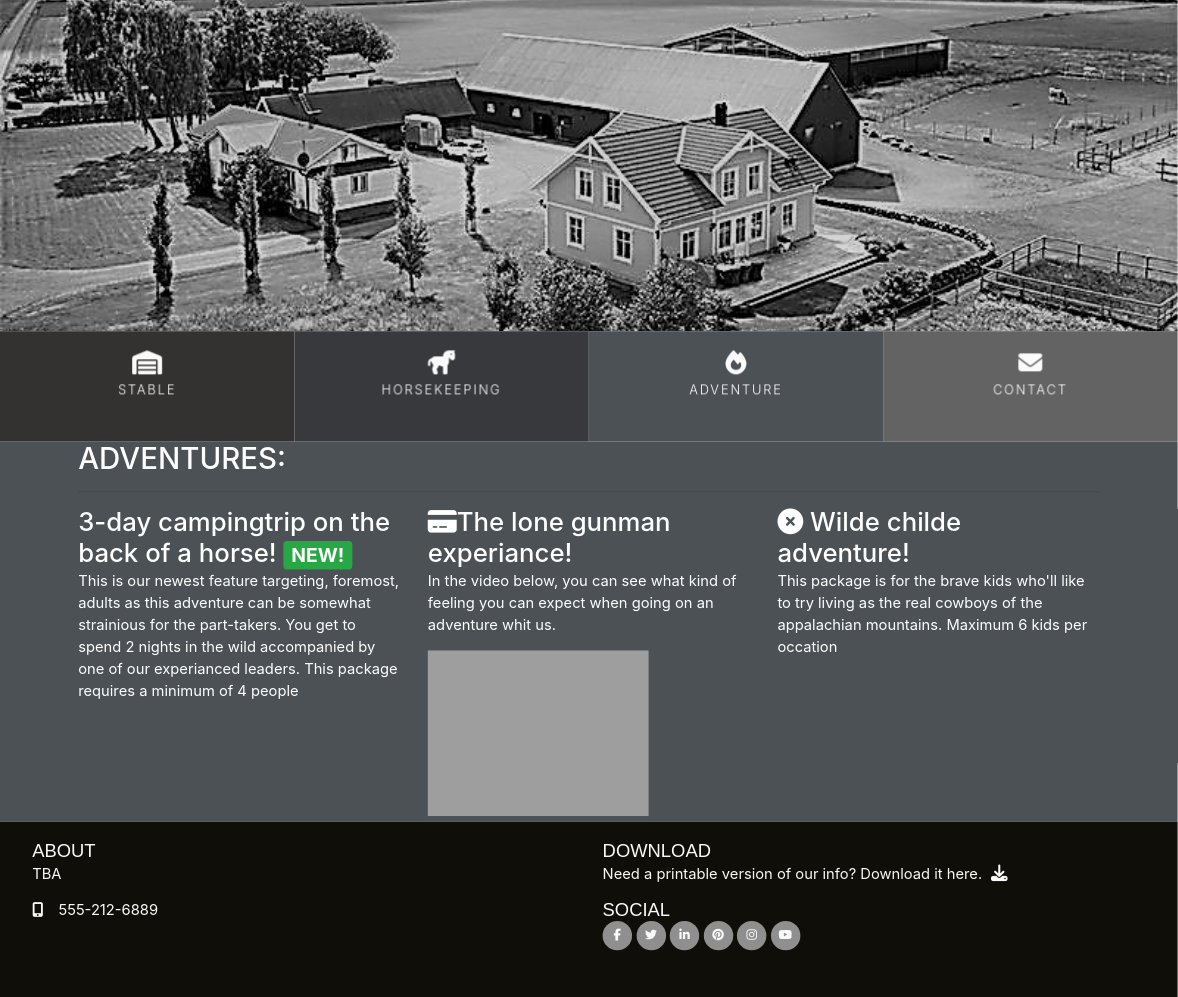
Repository: Jadehammar/frontendmilestone
Page: adventure.html
The author's editor kept a record of every edit. The page is drawn from the files as they stood at one moment, then again after the next edit.
The browser window is 1280 px wide. The pictures show the whole page, at 92% of full size.
Pictures or frames that could not be fetched are drawn as grey boxes. Backgrounds fixed to the window are drawn as part of the page. Some web libraries are served in a nearby version.

Above is the page before.

### adventure.html
<!DOCTYPE html>
<html lang="en">

<head>
    <meta charset="UTF-8">
    <meta name="viewport" content="width=device-width, initial-scale=1.0">
    <meta http-equiv="X-UA-Compatible" content="ie=edge">
    <link rel="stylesheet" href="https://stackpath.bootstrapcdn.com/font-awesome/4.7.0/css/font-awesome.min.css" type="text/css" />
    <link rel="stylesheet" href="https://cdnjs.cloudflare.com/ajax/libs/hover.css/2.3.1/css/hover-min.css" type="text/css" />
    <link rel="stylesheet" href="https://stackpath.bootstrapcdn.com/bootstrap/4.3.1/css/bootstrap.min.css" type="text/css" />
    <link rel="stylesheet" href="assets/css/style.css" type="text/css" />
    <title>Ridingschool, Adventure</title>
</head>

<body>
    <header>
        <div class="row no-gutters">
            <a href="adventure.html" class="col-12 logo"></a>
            <div class="col-md-12">
                <div class="row no-gutters">
                    <div class="col">
                        <ul id="nav" class="list-inline menucontainer">
                            <li class="col-6 col-sm-3 ui-menue-color-home list-inline-item menueitem">
                                <a href="stable.html" class="hvr-bounce-to-bottom"><i class="fa fa-warehouse" aria-hidden="true"></i><span>Stable</span></a>
                            </li>
                            <li class="col-6 col-sm-3 ui-menue-color-resume list-inline-item menueitem">
                                <a href="horsekeeping.html" class="hvr-bounce-to-bottom"><i class="fa fa-horse" aria-hidden="true"></i><span>Horsekeeping</span></a>
                            </li>
                            <li class="col-6 col-sm-3 ui-menue-color-contact list-inline-item menueitem">
                                <a href="adventure.html" class="hvr-bounce-to-bottom"><i class="fa fa-fire" aria-hidden="true"></i><span>Adventure</span></a>
                            </li>
                            <li class="col-6 col-sm-3 ui-menue-color-download list-inline-item menueitem">
                                <a href="contact.html" class="hvr-bounce-to-bottom"><i class="fa fa-envelope" aria-hidden="true"></i><span>contact</span></a>
                            </li>

                        </ul>
                    </div>
                </div>
            </div>
        </div>
    </header>
    <div class="container-wrapper container-wrapper--red">
        <div class="container features-container content-container">
            <section class="features">
                <div class="row">
                    <div class="col-12 page-header">
                        <h2 class="text-uppercase">Adventures:</h2>
                        <hr class="block-divider block-divider--short block-divider--white">
                    </div>
                </div>
                <div class="row">
                    <div class="col-12 col-md-6 col-lg-4">
                        <div class="feature">
                            <h3><i class="fas fa-gift d-none d-none-inline"></i>3-day campingtrip on the back of a horse! <span class="badge badge-success">NEW!</span></h3>
                            <p>This is our newest feature targeting, foremost, adults as this adventure can be somewhat strainious for the part-takers.
                            You get to spend 2 nights in the wild accompanied by one of our experianced leaders.
                            This package requires a minimum of 4 people</p>
                        </div>
                    </div>
                    <div class="col-12 col-md-6 col-lg-4">
                        <div class="feature">
                            <h3><i class="fas fa-credit-card d-none d-sm-inline"></i>The lone gunman experiance!</h3>
                            <p>In the video below, you can see what kind of feeling you can expect when going on an adventure whit us.</p>
                            <iframe width="240" height="180" src="https://www.youtube.com/embed/er0UOip1uV8" frameborder="0" allow="accelerometer; autoplay; encrypted-media; gyroscope; picture-in-picture" allowfullscreen></iframe>
                        </div>
                    </div>
                    <div class="col-12 d-md-none d-lg-block col-lg-4">
                        <div class="feature">
                            <h3><i class="fas fa-times-circle d-none d-sm-inline"></i> Wilde childe adventure!</h3>
                            <p>This package is for the brave kids who'll like to try living as the real cowboys of the appalachian mountains.
                            Maximum 6 kids per occation</p>
                        </div>
                    </div>
                </div>
            </section>
        </div>
    </div>
    <footer class="container-fluid">
        <div id="footer-details" class="row">
            <div class="col-sm-6">
                <h5 class="uppercase general-sub">About</h5>
                <p class="inline-block">
                    TBA
                </p>
            </div>
            <div class="col-sm-6">
                <h5 class="uppercase general-sub">Download</h5>
                <p class="inline-block">
                    Need a printable version of our info? Download it here.
                    <a href="assets/CV/CV.pdf" taraget="_blank" class="cv-pdf">
                        <i class="fa fa-download" aria-hidden="true"></i>
                        <span class="sr-only">Download link.</span>
                    </a>
                </p>
            </div>
            <div class="col-sm-6">
                <i class="fa fa-mobile" aria-hidden="true" style="padding-right: 12px;"></i>
                <p class="inline-block"> 555-212-6889
                    <span class="sr-only">Phone.</span>
                    </a>
                </p>
            </div>
            <div class="col-sm-4">
                <h5 class="uppercase general-sub">social</h5>
                <ul class="list-inline social-links">
                    <li class="list-inline-item">
                        <a target="_blank" href="#">
                            <i class="fab fa-facebook-f" aria-hidden="true"></i>
                            <span class="sr-only">Facebook</span>
                        </a>
                    </li>
                    <li class="list-inline-item">
                        <a target="_blank" href="#">
                            <i class="fab fa-twitter" aria-hidden="true"></i>
                            <span class="sr-only">Twitter</span>
                        </a>
                    </li>
                    <li class="list-inline-item">
                        <a target="_blank" href="#">
                            <i class="fab fa-linkedin-in" aria-hidden="true"></i>
                            <span class="sr-only">LinkedIn</span>
                        </a>
                    </li>
                    <li class="list-inline-item">
                        <a target="_blank" href="#">
                            <i class="fab fa-pinterest" aria-hidden="true"></i>
                            <span class="sr-only">Pinterest</span>
                        </a>
                    </li>
                    <li class="list-inline-item">
                        <a target="_blank" href="#">
                            <i class="fab fa-instagram" aria-hidden="true"></i>
                            <span class="sr-only">Instagram</span>
                        </a>
                    </li>
                    <li class="list-inline-item">
                        <a target="_blank" href="#">
                            <i class="fab fa-youtube" aria-hidden="true"></i>
                            <span class="sr-only">YouTube</span>
                        </a>
                    </li>
                </ul>
            </div>
        </div>
    </footer>
    <script src="https://kit.fontawesome.com/d636ceede3.js"></script>
</body>

</html>

### assets/css/style.css
@import url('https://fonts.googleapis.com/css?family=Roboto:100,200,300,400,500,600,700│exo:100,200,300,400,500,600,700');

/*---------------------------------------------color-------------------------------------*/

.container-wrapper--red {
    background-color: #4b5154;
    color: white;
}

.feature {
    color: #fff;
}

.bg-color-name-title {
    background-color: #676767;
}

.bg-color-three-reasons {
    background-color: #333230;
    color: #fff;
    font-weight: 100;
}

.bg-color-personal-info {
    background-color: #f4f4f4;
}

.ui-menue-color-home {
    background-color: #333230;

}

.ui-menue-color-resume {
    background-color: #38393c;

}

.ui-menue-color-contact {
    background-color: #4b5154;

}

.ui-menue-color-download {
    background-color: #4e4e4ee0;

}

.bg-color-work-history {
    background-color: #646464;
}

.bg-color-contact {
    background-color: #646464;

}

/*---------------------------------------------Special padding/margins/text-------------------------------------*/

h1,
h2,
h3,
h4,
h5 {
    margin: 0;
}

.uppercase {
    text-transform: uppercase;
    color: #fff;
}

.general-sub {
    font-family: "Exo", sans-serif;
    font-weight: 200;
    color: #fafafa;
}

.inline-block {
    display: inline-block;
}

.row-table {
    display: table;
}

.section-column {
    display: table-cell;
    padding: 0 30px 30px;
    float: none;
}

.history-heading,
.section-heading {
    font-family: "Exo", sans-serif;
    font-weight: 200;
    margin-bottom: 40px;
    margin-top: 25px;
}

/*---------------------------------------------Heading-------------------------------------*/

header {
    margin: 0;
}

.heading {
    margin-left: 50px;

}

.logo-stable {
    background:  url("../images/gård på avstånd.jpg")
}

.logo {
    background: url("../images/Varberg-intro-800x418_bw.jpg.jpg") no-repeat bottom right fixed;
    background-position: center;
    background-repeat: no-repeat;
    background-size: cover;
    min-height: 360px;
    transition: all .75s ease-in-out;
    -moz-transition: all .75s ease-in-out;
    -webkit-transition: all .75s ease-in-out;
    -o-transition: all .75s ease-in-out;
}

.name {
    font-family: "Exo" sans-serif;
    font-weight: 100;
    font-size: 46px;
    margin-top: 50px;
    color: #fff;
}

.title {
    font-family: "Roboto" sans-serif;
    font-weight: 200;
    font-size: 28px;
    margin-top: 20px;
    margin-bottom: 90px;
    color: #fff;
}

.list-inline-item:not(:last-child) {
    margin: 0;
}

.menucontainer {
    font-size: 0;
}

#nav li {
    font-size: 14px;
    padding: 0;
}

#nav {
    margin: 0;
}

.menueitem {
    height: 120px;
    text-align: center;
    padding: 0;
}

.menueitem a {
    width: 100%;
    text-decoration: none;
    color: #fff;
    height: 120px;
}

.menueitem a i {
    padding-top: 22px;
    display: block;
    color: #fafafa;
    font-size: 26px;
}

.menueitem span {
    display: block;
    width: 100%;
    padding-top: 5px;
    text-align: center;
    text-transform: uppercase;
    font-size: 14px;
    font-weight: 300;
    letter-spacing: 2px;
}


/*---------------------------------------------Hover.css-------------------------------------*/

.hvr-bounce-to-bottom:before {
    background: rgba(0, 0, 0, 0.2);
    height: 120px;
}

/*---------------------------------------------Footer-------------------------------------*/

footer {
    background-color: #100e08;
    color: #fafafa;
    min-height: 120px;
    margin: 0;
}

.cv-pdf i {
    font-size: 18px;
    color: #fafafa;
    text-align: center;
    padding-left: 5px;
    transition: all 0.35s ease-in-out;
    -moz-transition: all 0.35s ease-in-out;
    -webkit-transition: all 0.35s ease-in-out;
    -o-transition: all 0.35 ease-in-out;
}

.cv-pdf i:hover {
    color: #e84160;
    font-size: 19px;
}

.social-links {
    padding-bottom: 15px;
}


.social-links li a i {
    width: 32px;
    height: 32px;
    padding: 12px 0;
    border-radius: 50%;
    font-size: 13px;
    line-height: 7px;
    text-align: center;
    color: #fafafa;
    background: #8f8f8f;
    transition: all 0.35s ease-in-out;
    -moz-transition: all 0.35s ease-in-out;
    -webkit-transition: all 0.35s ease-in-out;
    -o-transition: all 0.35 ease-in-out;
}

.social-links li a i:hover {
    background: #e84610;
}

#footer-details {
    padding: 20px;
}

/*---------------------------------------------Three reasons-------------------------------------*/

.three-reasons-icon {
    font-size: 26px;
    color: #e67e22;
}

.three-reasons-heading {
    margin-bottom: 15px;
}

/*---------------------------------------------Personal info-------------------------------------*/

.personal-info-item {
    margin-bottom: 20px;
    display: block;
    clear: both;

}

.personal-info-item .key,
.personal-info-item .value {
    padding-right: 8px;
    display: inline-block;
}

.personal-info-item .key p,
.personal-info-item .value p {
    margin: 0;
}

.personal-info-item .key {
    width: 30%;
    margin-right: 21px;
    padding-top: 2px;
    vertical-align: top;

}

.personal-info-item .key p {
    font-weight: 700;
}

.personal-info-item .value {
    position: relative;
    width: 60%;

}

/*---------------------------------------------Contact-form-------------------------------------*/

.contact-heading {
    font-family: "Exo", sans-serif;
    font-weight: 300;
    margin-top: 25px;
    margin-bottom: 20px;
    color: #fff;
}

.center-form {
    padding-top: 10px;
    margin: 0 auto;
    max-width: 70%;
}

button [type="submit"] {
    margin: 20px 20px 20px 20px;
    background-color: #e84610;
}

.btn-secondary {
    margin: 20px;
    background-color: #363a3e;
    border-color: #6a6a6b;
}


/*---------------------------------------------Media-query-------------------------------------*/

@media(min-width: 992px) {
    .center-form {
        padding-top: 30px;
        min-height: 240;
        margin: 0 auto;
        max-width: 50%;
    }
}

After the next edit:
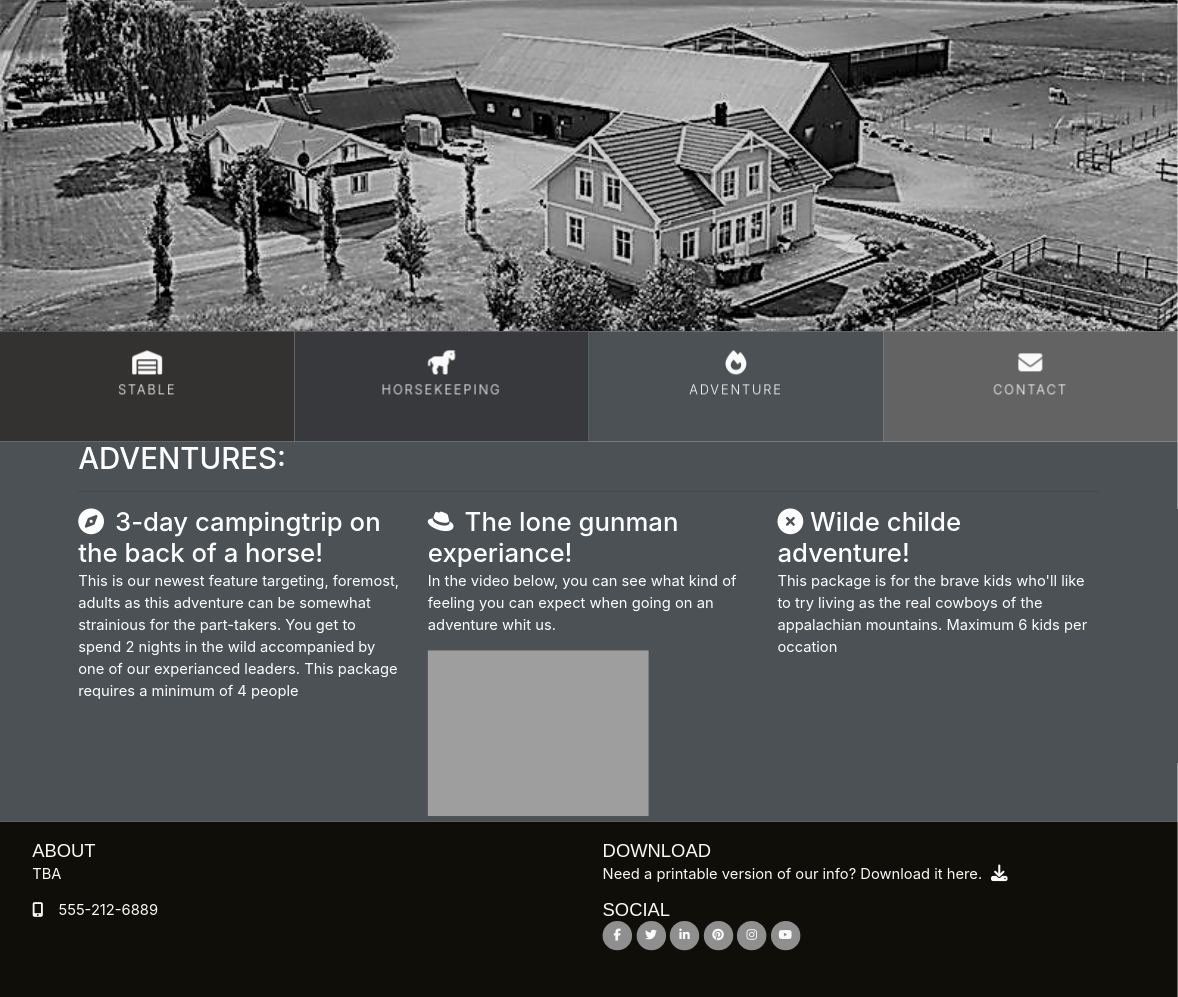
The edit:
--- a/adventure.html
+++ b/adventure.html
@@ -51,15 +51,16 @@
                 <div class="row">
                     <div class="col-12 col-md-6 col-lg-4">
                         <div class="feature">
-                            <h3><i class="fas fa-gift d-none d-none-inline"></i>3-day campingtrip on the back of a horse! <span class="badge badge-success">NEW!</span></h3>
-                            <p>This is our newest feature targeting, foremost, adults as this adventure can be somewhat strainious for the part-takers.
-                            You get to spend 2 nights in the wild accompanied by one of our experianced leaders.
-                            This package requires a minimum of 4 people</p>
+                            <h3><i class="fas fa-compass" style="padding-right: 12px;">
+                            </i>3-day campingtrip on the back of a horse!</h3>
+                            <p>This is our newest feature targeting, foremost, adults as this adventure can be somewhat strainious for the part-takers. You get to spend 2 nights in the wild accompanied by one of our experianced leaders. This package requires
+                                a minimum of 4 people</p>
                         </div>
                     </div>
                     <div class="col-12 col-md-6 col-lg-4">
                         <div class="feature">
-                            <h3><i class="fas fa-credit-card d-none d-sm-inline"></i>The lone gunman experiance!</h3>
+                            <h3><i class="fab fa-redhat" style="padding-right: 12px;">
+                            </i>The lone gunman experiance!</h3>
                             <p>In the video below, you can see what kind of feeling you can expect when going on an adventure whit us.</p>
                             <iframe width="240" height="180" src="https://www.youtube.com/embed/er0UOip1uV8" frameborder="0" allow="accelerometer; autoplay; encrypted-media; gyroscope; picture-in-picture" allowfullscreen></iframe>
                         </div>
@@ -67,8 +68,7 @@
                     <div class="col-12 d-md-none d-lg-block col-lg-4">
                         <div class="feature">
                             <h3><i class="fas fa-times-circle d-none d-sm-inline"></i> Wilde childe adventure!</h3>
-                            <p>This package is for the brave kids who'll like to try living as the real cowboys of the appalachian mountains.
-                            Maximum 6 kids per occation</p>
+                            <p>This package is for the brave kids who'll like to try living as the real cowboys of the appalachian mountains. Maximum 6 kids per occation</p>
                         </div>
                     </div>
                 </div>
